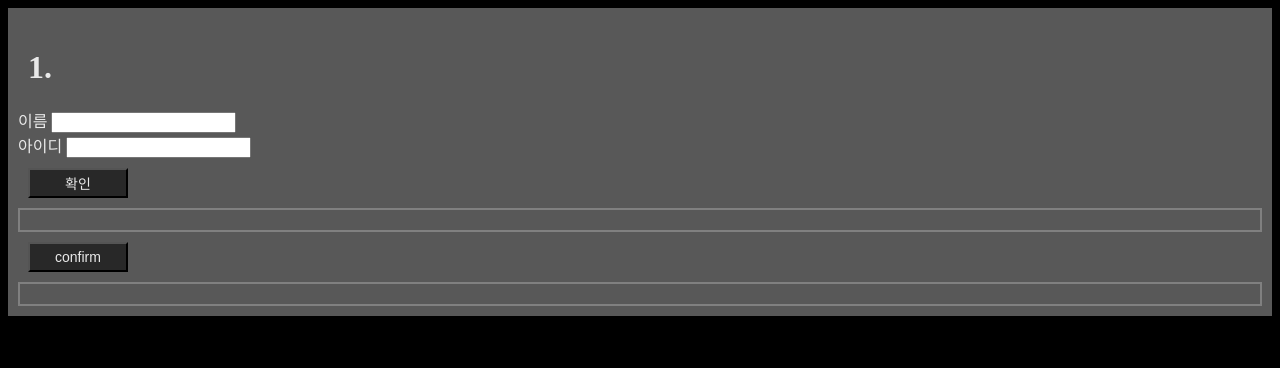
Repository: prawniel99/05_JQuery
Page: workspace/jqpro/WebContent/비동기5_fetch.html/postTest.html
These files come from the project's save history. The page is drawn as it stood at one moment and after a run of saves; the edit follows.
The browser window is 1280 px wide. The pictures show the whole page.

Above is the page before, as saved 2024-08-23 03:45:13.

After the next 2 saves:
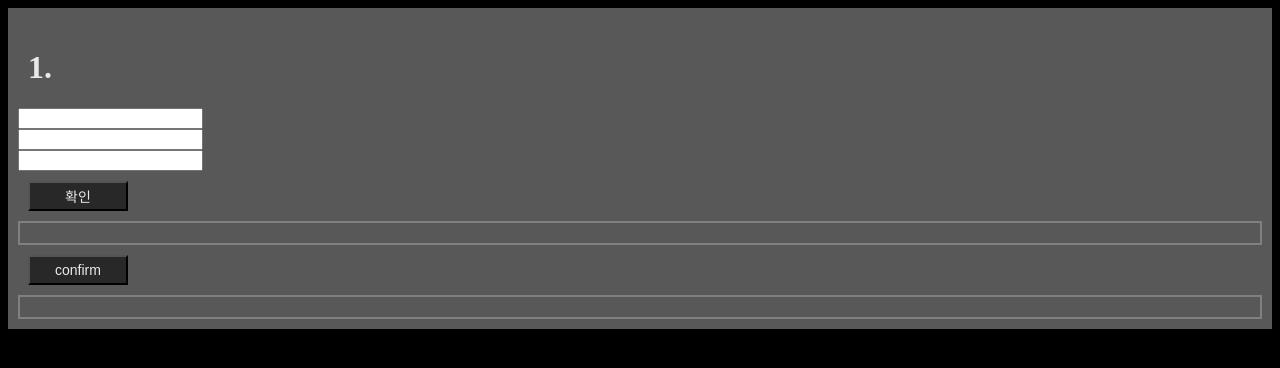
The 2 saves are shown as one change because they came seconds apart.
The last was saved 15 s later.
--- a/workspace/jqpro/WebContent/비동기5_fetch.html/postTest.html
+++ b/workspace/jqpro/WebContent/비동기5_fetch.html/postTest.html
@@ -26,8 +26,9 @@
         </h1>
 
         <form name="ff">
-        	이름 <input type="text" name="name" id="name"><br>
-        	아이디 <input type="text" name="id" id="id"><br>
+        	<input type="text" name="name" id="name"><br>
+        	<input type="text" name="id" id="id"><br>
+        	<input type="text" name="id" id="id"><br>
         	<input type="button" value="확인" id="btn1">
         </form>
 
